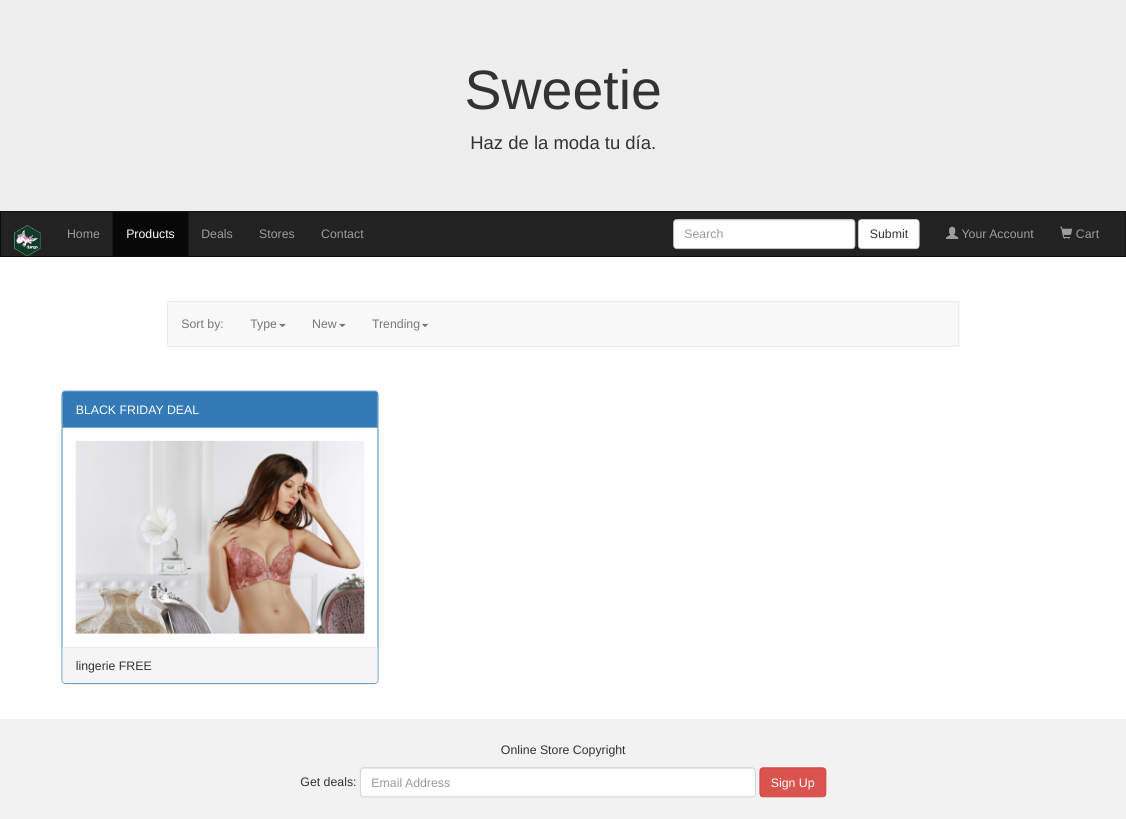
Repository: MrOverfl0w/Clothe_Catalog
Page: http://localhost/products
The author's editor kept a record of every edit. The page is drawn from the files as they stood at one moment, then again after the next edit.
The browser window is 1280 px wide. The pictures show the whole page, at 88% of full size.
The page is served by the project's application, run on Django 2.2 (manage.py).

Above is the page before.

After the next edit:
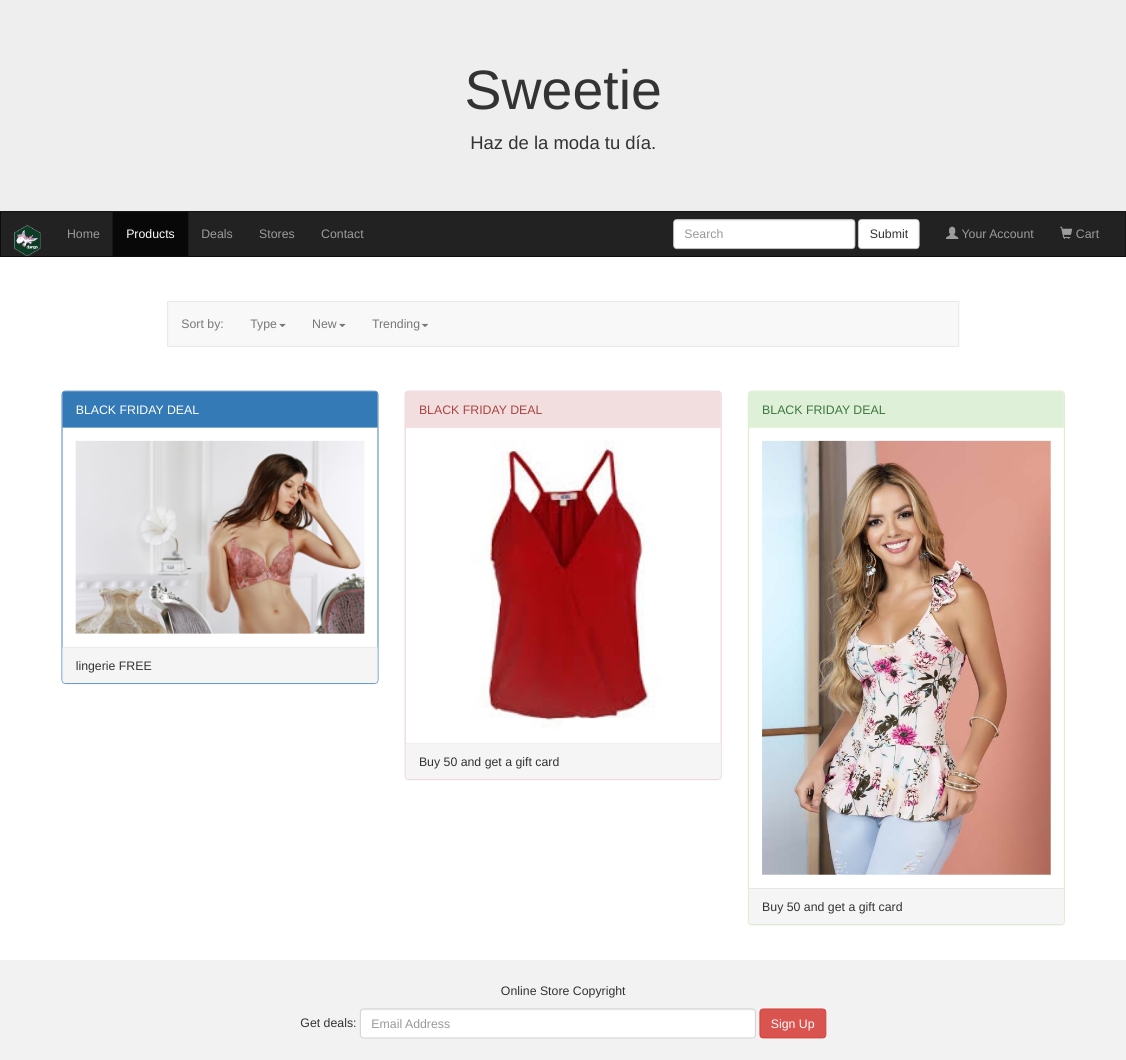
The edit:
--- a/Templates/products.html
+++ b/Templates/products.html
@@ -89,6 +89,20 @@
         <div class="panel-footer">lingerie FREE</div>
       </div>
     </div>
+    <div class="col-sm-4">
+      <div class="panel panel-danger">
+        <div class="panel-heading">BLACK FRIDAY DEAL</div>
+          <div class="panel-body"><a href="item?p=2"><img src="/static/tiendaeropa/descarga.jpg" class="img-responsive" style="width:100%" alt="Image"></a></div>
+        <div class="panel-footer">Buy 50 and get a gift card</div>
+      </div>
+    </div>
+    <div class="col-sm-4">
+      <div class="panel panel-success">
+        <div class="panel-heading">BLACK FRIDAY DEAL</div>
+        <div class="panel-body"><a href="item?p=3"><img src="/static/tiendaeropa/ropa mujer.jpg" class="img-responsive" style="width:100%" alt="Image"></a></div>
+        <div class="panel-footer">Buy 50 and get a gift card</div>
+      </div>
+    </div>
   </div>
 </div><br>
 
